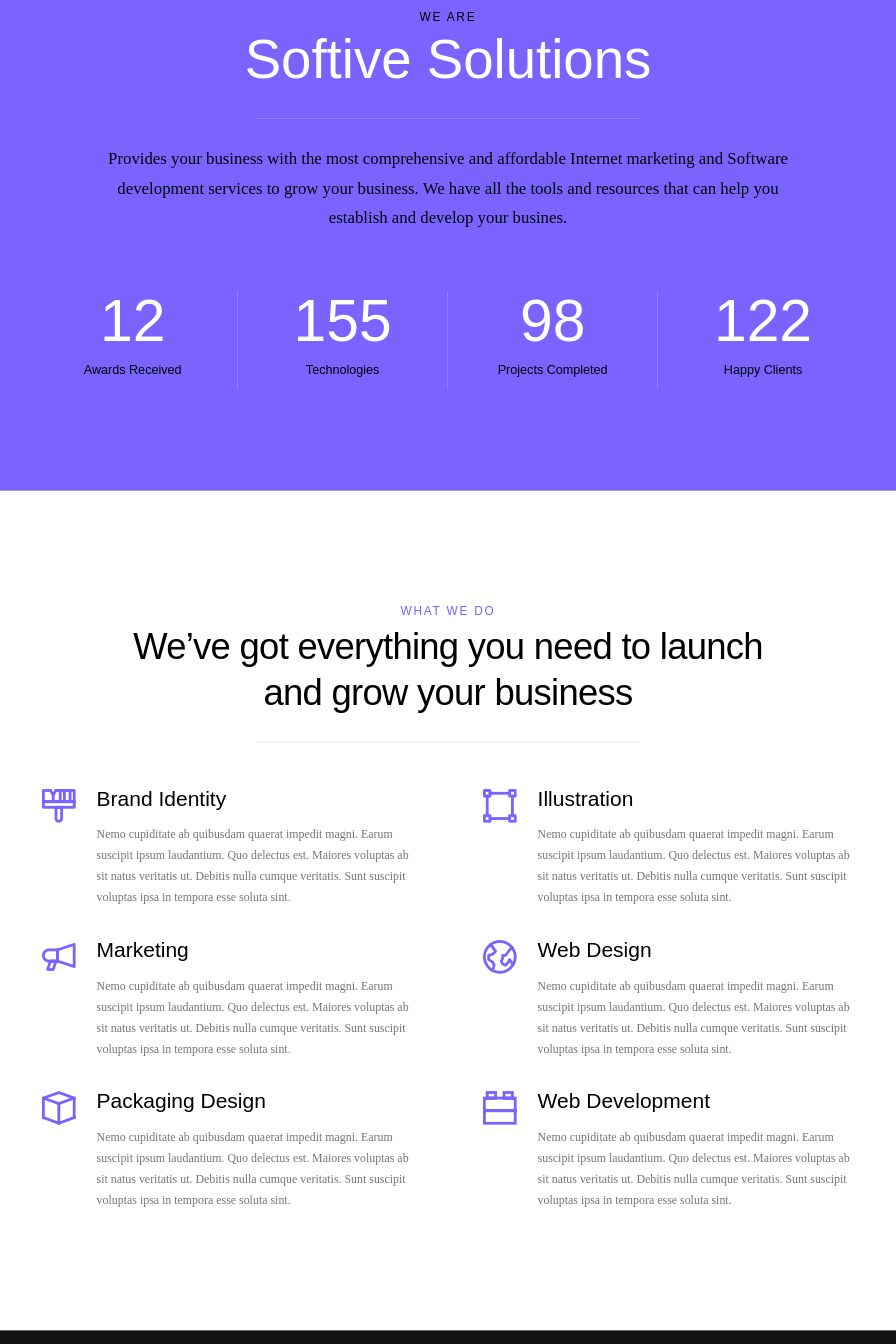
Repository: ahsankalim09/light-Agency
Page: index.html
These files come from the project's save history. The page is drawn as it stood at one moment and after the next save; the edit follows.
The browser window is 1280 px wide. The pictures show the part of the page from y = 934 to 2854 px (the page is 8360 px tall), at 70% of full size.
Some web fonts or font styles are not loaded; a fallback is used.

Above is the page before, as saved 2020-12-27 19:30:38.

After the next save:
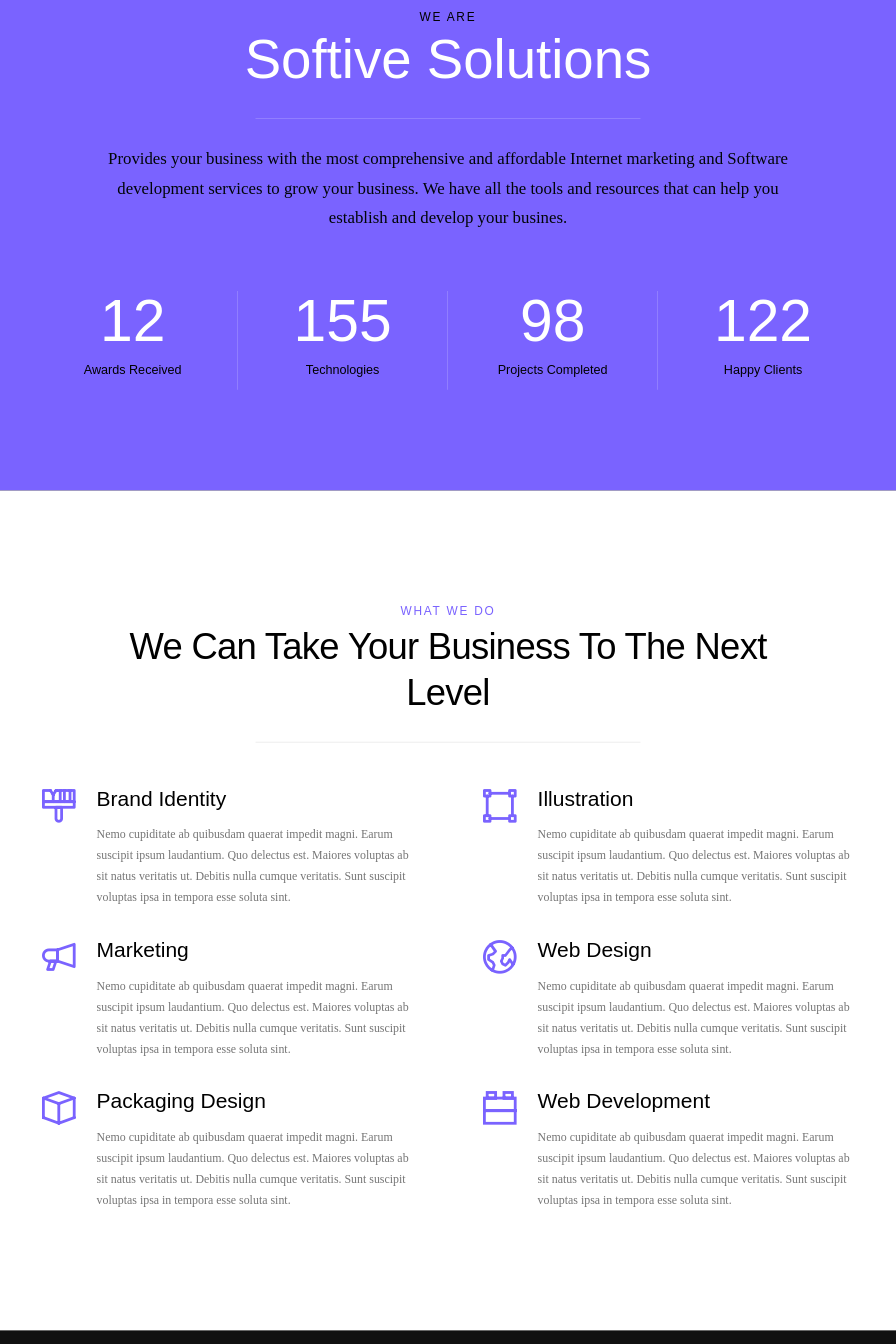
Saved 110 s later.
--- a/index.html
+++ b/index.html
@@ -157,7 +157,7 @@ More About Us
 <div class="row section-header has-bottom-sep" data-aos="fade-up">
 <div class="col-full">
 <h3 class="subhead">What We Do</h3>
-<h1 class="display-2">We’ve got everything you need to launch and grow your business</h1>
+<h1 class="display-2">We Can Take Your Business To The Next Level</h1>
 </div>
 </div>
 <div class="row services-list block-1-2 block-tab-full">
